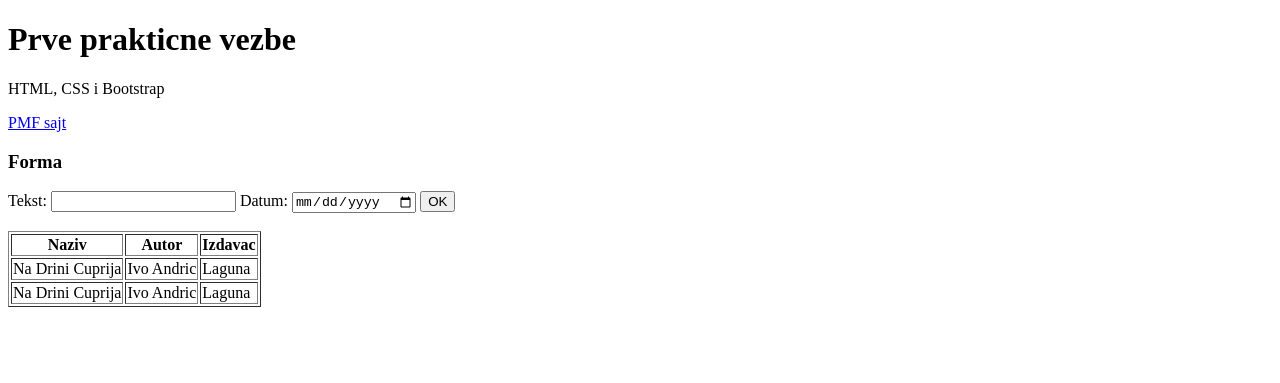
Repository: bojanludajic/Razvoj-Informacionih-Sistema
Page: Vezbe1/src/main/webapp/index.html
These files come from the project's save history. The page is drawn as it stood at one moment and after the next save; the edit follows.
The browser window is 1280 px wide. The pictures show the whole page.

Above is the page before, as saved 2024-10-22 11:41:10.

After the next save:
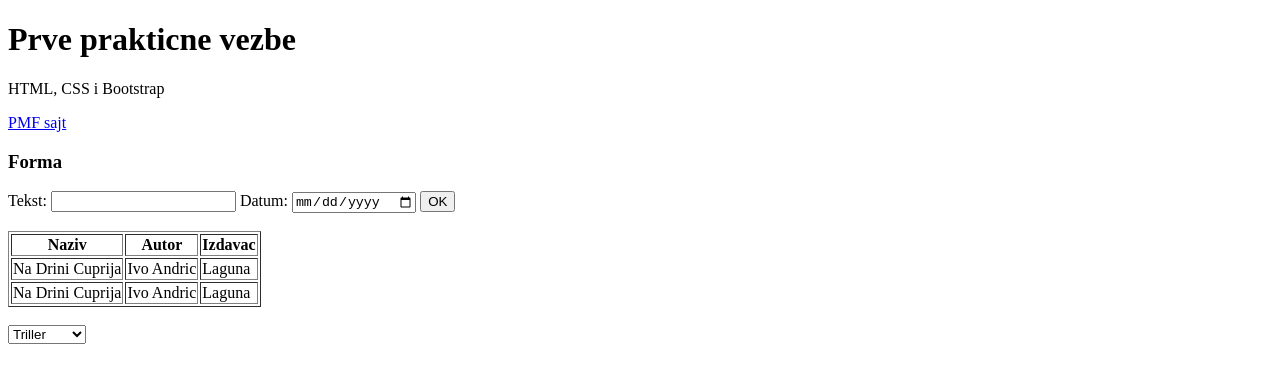
Saved 86 s later.
--- a/Vezbe1/src/main/webapp/index.html
+++ b/Vezbe1/src/main/webapp/index.html
@@ -36,5 +36,14 @@
 		<td>Laguna</td>
 	</tr>
 </table>
+
+<br>
+
+<select>
+	<option>Triller</option>
+	<option>Biografija</option>
+	<option>Drama</option>
+</select>
+
 </body>
 </html>
